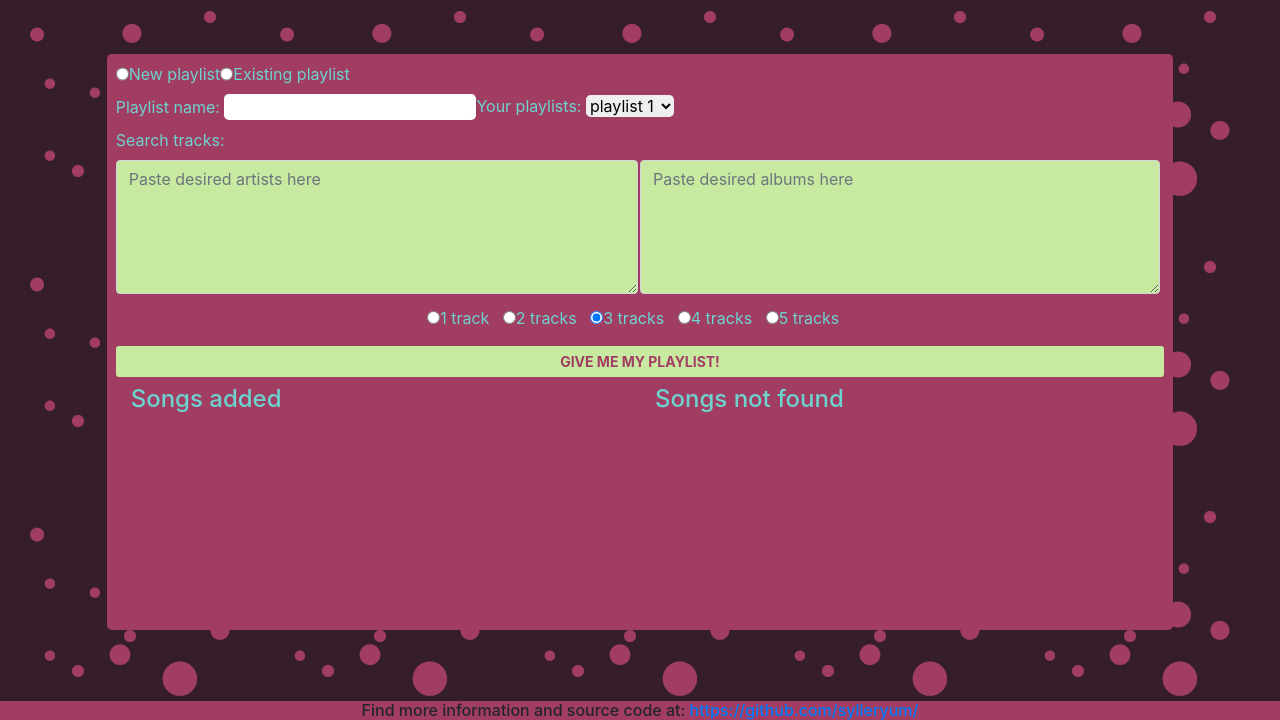
Repository: sylleryum/Frontend
Page: GetTopTracks/index.html
The author's editor kept a copy of each file at every save. The page is drawn from the files as they stood at one save, then again after the next save.
The browser window is 1280 px wide. The pictures show the whole page.

Above is the page before, as saved 2019-10-13 17:58:39.

After the next save:
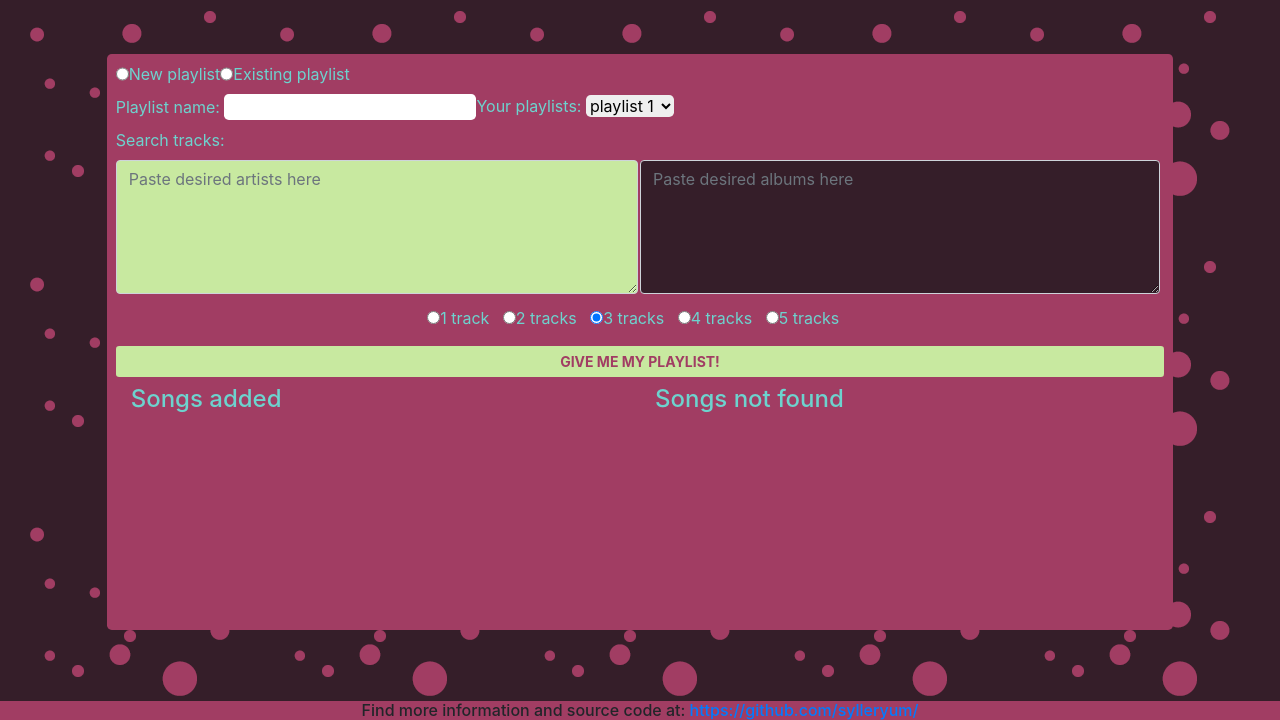
Saved 32 s later.
--- a/GetTopTracks/index.html
+++ b/GetTopTracks/index.html
@@ -57,7 +57,7 @@
                                         name="searchNameArtist" placeholder="Paste desired artists here"></textarea>
                               </div>
                               <div class="col-md-6 p-0 small-padding">
-                                   <textarea class="textarea-search form-control md-textarea bg-2" rows="5" id="searchNameAlbum"
+                                   <textarea class="textarea-search form-control md-textarea bg-5" rows="5" id="searchNameAlbum"
                                         name="searchNameAlbum" placeholder="Paste desired albums here"></textarea>
                               </div>
                          </div>
